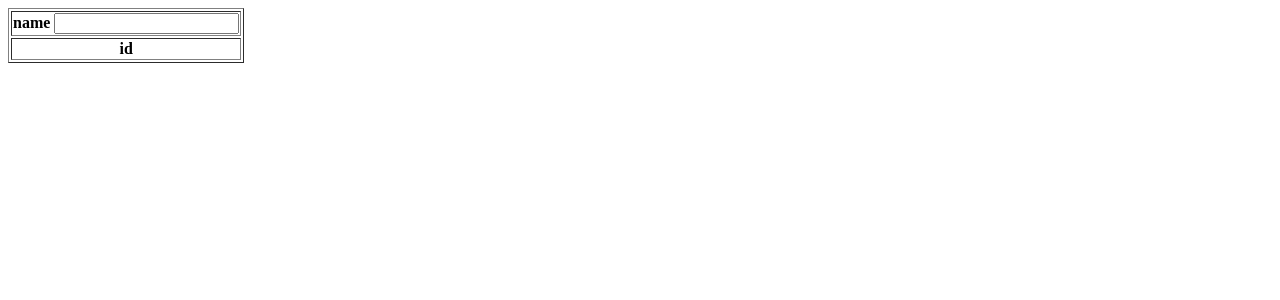
Repository: genki-iwai/curriculum
Page: http://localhost/Check3/
These files come from the project's save history. The page is drawn as it stood at one moment and after the next save; the edit follows.
The browser window is 1280 px wide. The pictures show the whole page.
The page is served by Tomcat 9.

Above is the page before, as saved 2021-06-30 22:08:54.

After the next save:
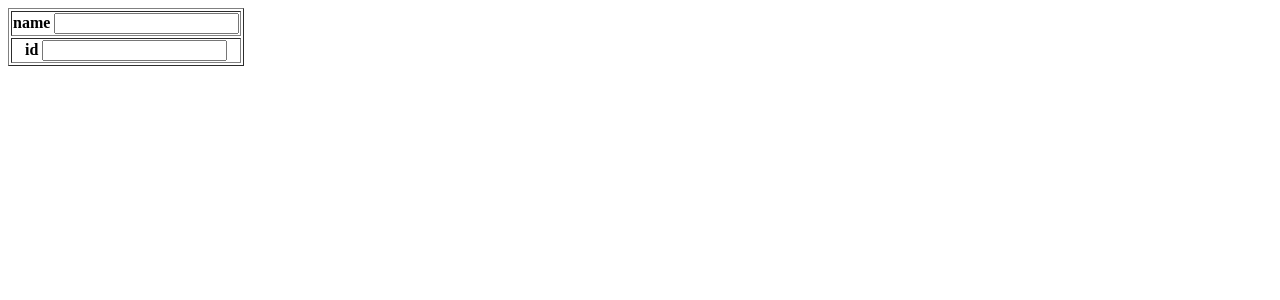
Saved 34 s later.
--- a/JavaStudy/Check3/WebContent/jspTest.jsp
+++ b/JavaStudy/Check3/WebContent/jspTest.jsp
@@ -14,7 +14,7 @@
 				<th>name <input type = "text"></th>
 			</tr>
 			<tr>
-				<th>id</th>
+				<th>id <input type = "text"></th>
 			</tr>
 		</table>
 	</div>
